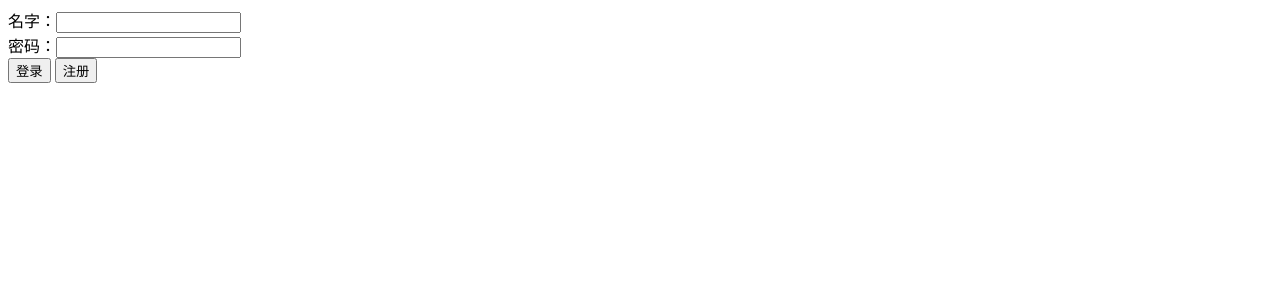
Repository: qqloli/fight
Page: http://localhost/s2sh/login.jsp
An editor plug-in stored every save of this project. The page is shown before and after the next save, followed by the edit.
The browser window is 1280 px wide. The pictures show the whole page.
The page is served by Tomcat 9. Nobody is signed in. The application's start-up code is not run.

Above is the page before, as saved 2019-06-19 01:59:09.

After the next save:
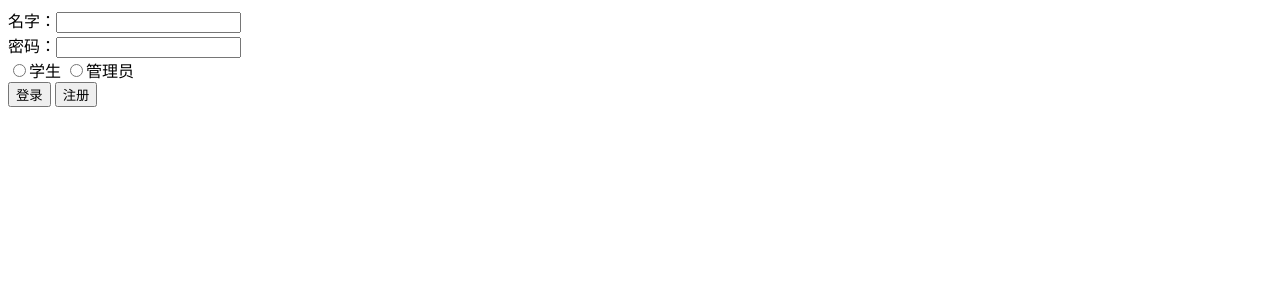
Saved 83 s later.
--- a/eclipse/s2sh/WebContent/login.jsp
+++ b/eclipse/s2sh/WebContent/login.jsp
@@ -10,6 +10,8 @@
 <form action="/s2sh/userAction_login" method="post">
 名字：<input type="text" name="user.name"><br>
 密码：<input type="text" name="user.pwd"><br>
+<input type="radio" value="0" name="type">学生
+<input type="radio" value="1" name="type">管理员<br>
 <input type="submit" value="登录"/>
 <input type="button" value="注册" onclick="window.location.href='register.jsp'" />
 
